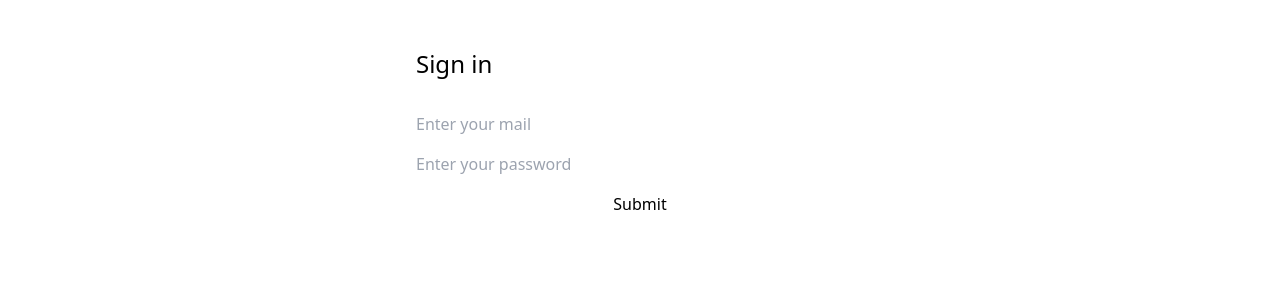
Repository: sevilgenysf/firebase
Page: /sign-in
These files come from the project's save history. The page is drawn as it stood at one moment and after the next save; the edit follows.
The browser window is 1280 px wide. The pictures show the whole page.
The project was rebuilt for these pictures with package versions that can differ from the ones it lists, and the page was loaded fresh each time. Also part of the build but not shown: src/pages/Home.js, src/pages/SignUp.js.

Above is the page before, as saved 2023-01-03 14:34:10.

After the next save:
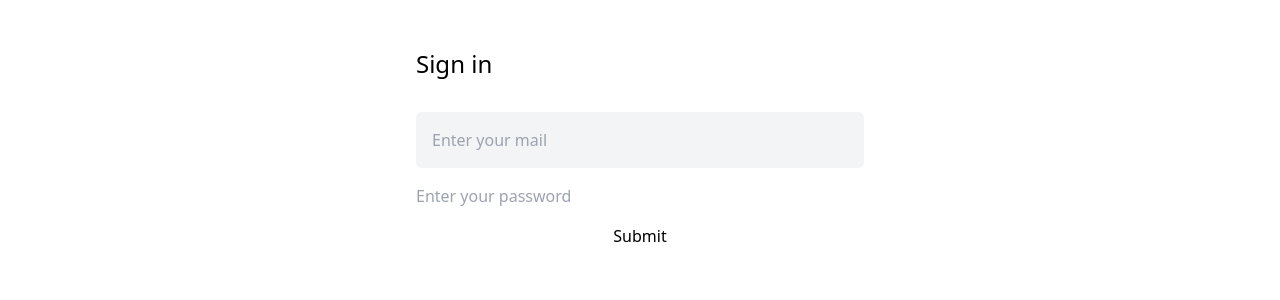
Saved 16 s later.
--- a/src/pages/SignIn.js
+++ b/src/pages/SignIn.js
@@ -33,6 +33,7 @@ const SingIn = () => {
 					placeholder="Enter your mail"
 					value={email}
 					onChange={(e) => setEmail(e.currentTarget.value)}
+					className="p-4 bg-gray-100 rounded-md"
 				/>
 				<input
 					type="password"
